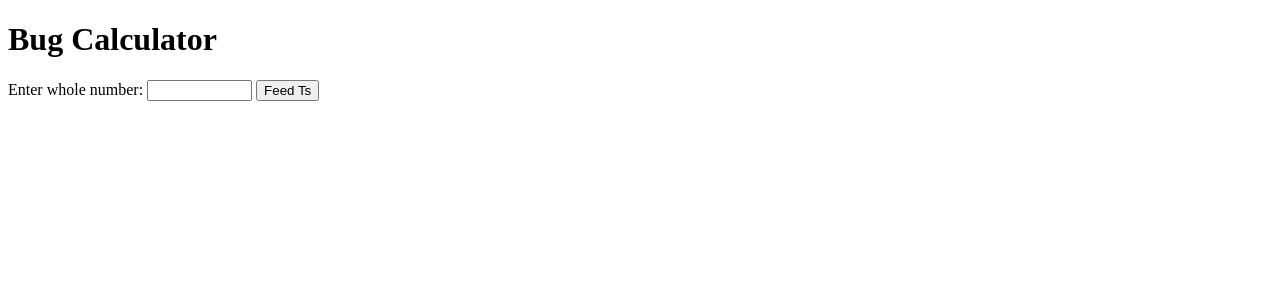
Repository: champloo2/JSPServeletCIS175
Page: http://localhost/TFeeder/bugCalc.jsp
These files come from the project's save history. The page is drawn as it stood at one moment and after the next save; the edit follows.
The browser window is 1280 px wide. The pictures show the whole page.
The page is served by Tomcat 9. Other server files are loaded and not shown.

Above is the page before, as saved 2020-02-12 00:21:57.

### TFeeder/WebContent/bugCalc.jsp
<%@ page language="java" contentType="text/html; charset=ISO-8859-1"
    pageEncoding="ISO-8859-1"%>
<!DOCTYPE html>
<html>

<head>
<meta charset="ISO-8859-1">
<title>Bug Calculator</title>
</head>
<body>
<h1>Bug Calculator</h1>
<form action="getCentsServlet" method="post">
Enter whole number:
<input type="text" name="tFeeder" size="10">
<input type="submit" value="Feed Ts" />
</form>
</body>
</html>

After the next save:
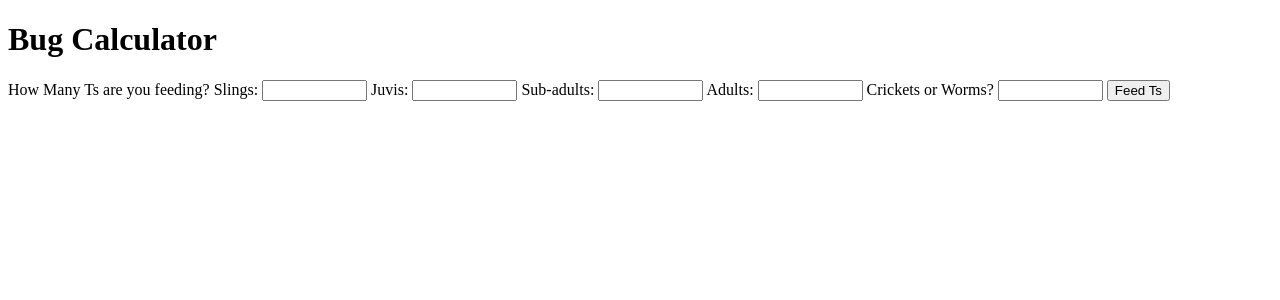
Saved 3 min 14 s later.
--- a/TFeeder/WebContent/bugCalc.jsp
+++ b/TFeeder/WebContent/bugCalc.jsp
@@ -10,8 +10,17 @@
 <body>
 <h1>Bug Calculator</h1>
 <form action="getCentsServlet" method="post">
-Enter whole number:
-<input type="text" name="tFeeder" size="10">
+How Many Ts are you feeding?
+Slings:
+<input type="text" name="numOfSlings" size="10">
+Juvis:
+<input type="text" name="numOfJuvis" size="10">
+Sub-adults:
+<input type="text" name="numOfSubs" size="10">
+Adults:
+<input type="text" name="numOfAdults" size="10">
+Crickets or Worms?
+<input type="text" name="feederType" size="10">
 <input type="submit" value="Feed Ts" />
 </form>
 </body>
